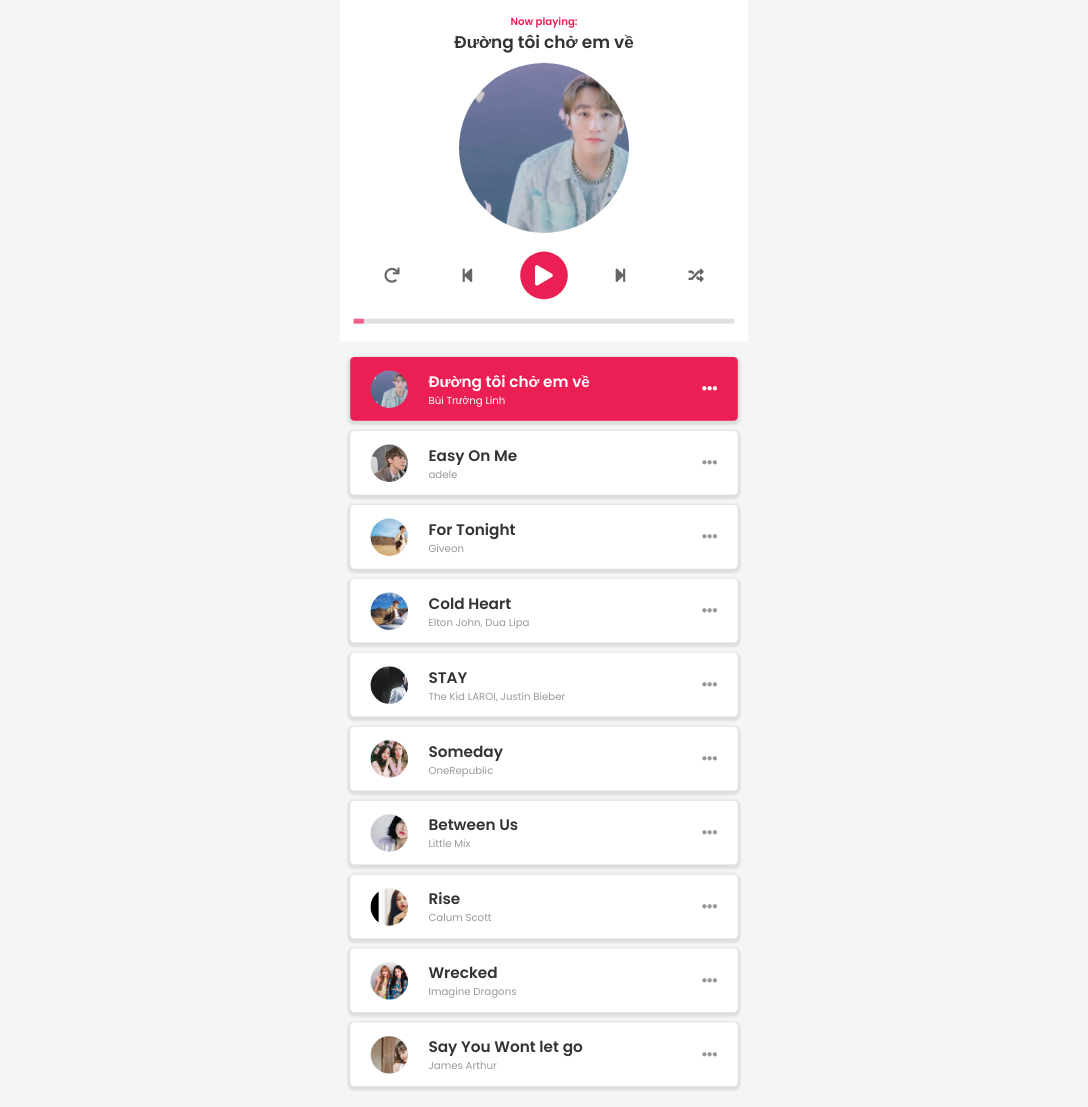
Repository: maivannhan1998/MusicPlayer.github.io
Page: index.html
The author's editor kept a copy of each file at every save. The page is drawn from the files as they stood at one save, then again after the next save.
The browser window is 1280 px wide. The pictures show the whole page, at 85% of full size.

Above is the page before, as saved 2021-11-11 22:29:22.
Console error: TypeError: Cannot set properties of null (setting 'innerHTML')

After the next save:
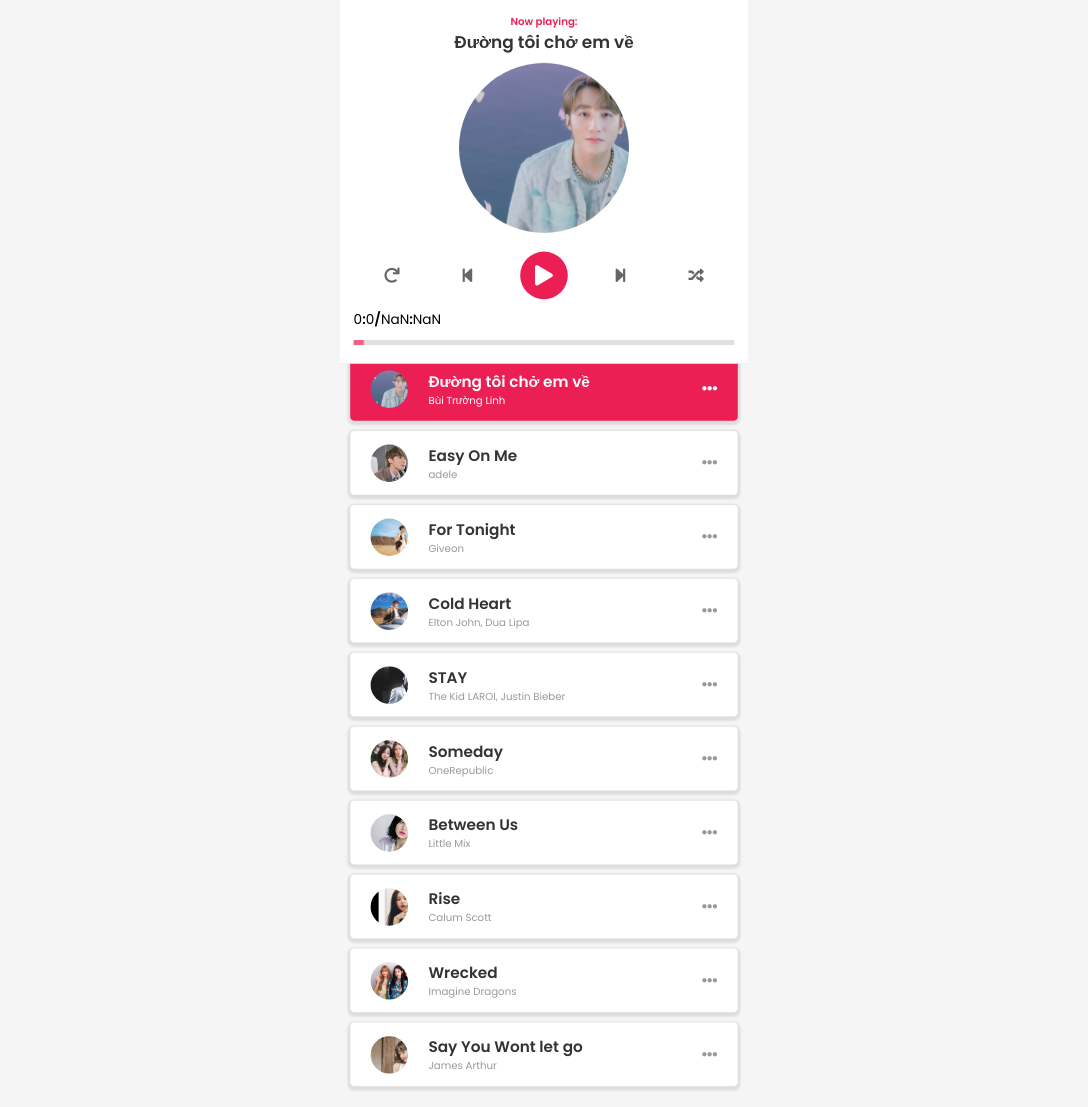
The error is gone.
Saved 85 s later.
--- a/index.html
+++ b/index.html
@@ -45,7 +45,8 @@
                     <i class="fas fa-random"></i>
                 </div>
           </div>
-
+          <span id="time"></span><b class="dot">:</b><span id="timeCurrent"></span><b class="dash">/</b><span
+          id="duration"></span><b class="mark">:</b><span id="timeDuration"></span>
           <input id="progress" class="progress" type="range" value="0" step="1" min="0" max="100">
 
 
